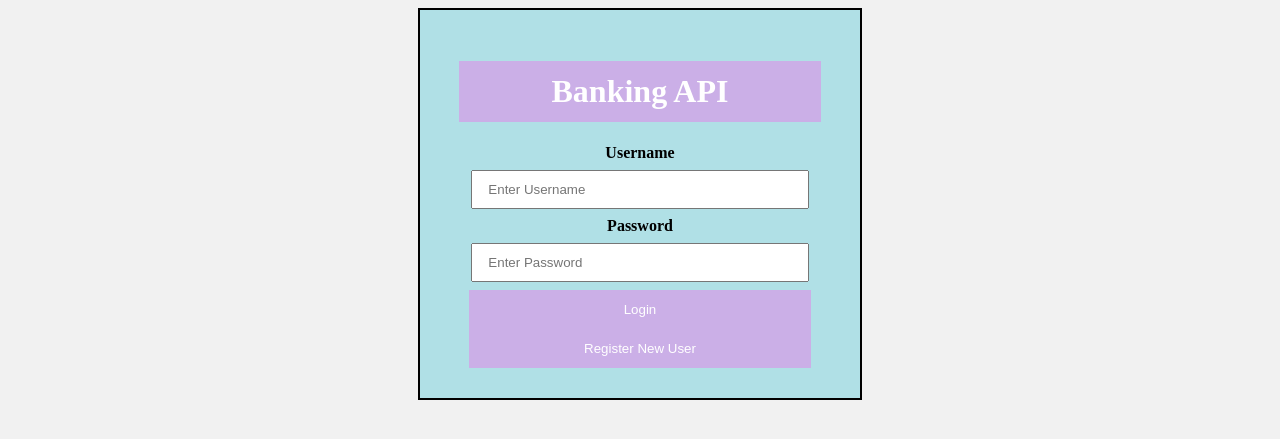
Repository: kennyufish/Revature_ROCP1_Project_Banking_API
Page: banking_api/src/main/webapp/index.html
These files come from the project's save history. The page is drawn as it stood at one moment and after the next save; the edit follows.
The browser window is 1280 px wide. The pictures show the whole page.

Above is the page before, as saved 2020-10-10 04:48:07.

After the next save:
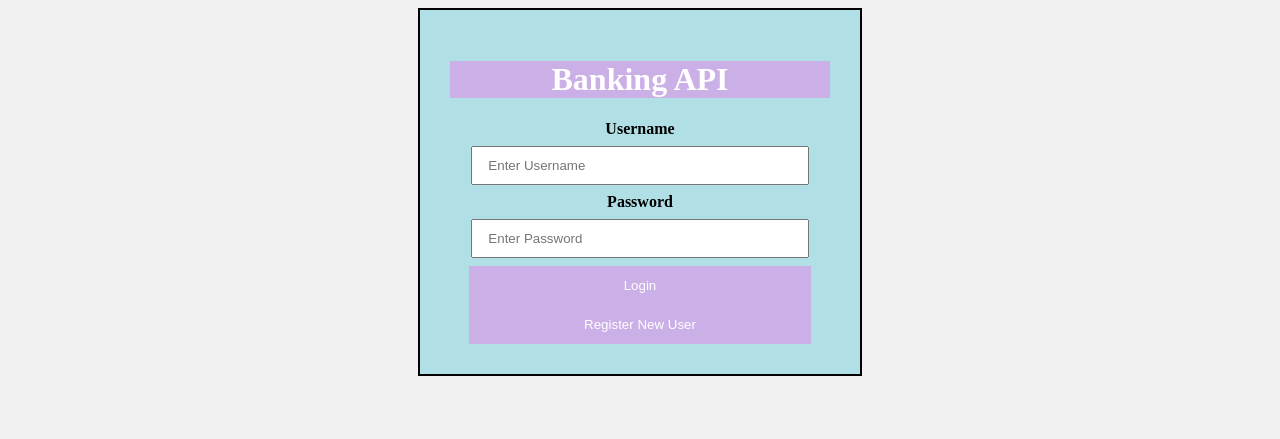
Saved 25 s later.
--- a/banking_api/src/main/webapp/index.html
+++ b/banking_api/src/main/webapp/index.html
@@ -40,11 +40,8 @@ button{
 .loginHeader{
 	background-color:#CBAFE7;
 	color:white;
-	padding: 12px 10px;
-	marigin:10px;
 	border:none;
-	cursor:pointer;
-	width:90%;
+	width:100%;
 }
 </style>
 </head>
